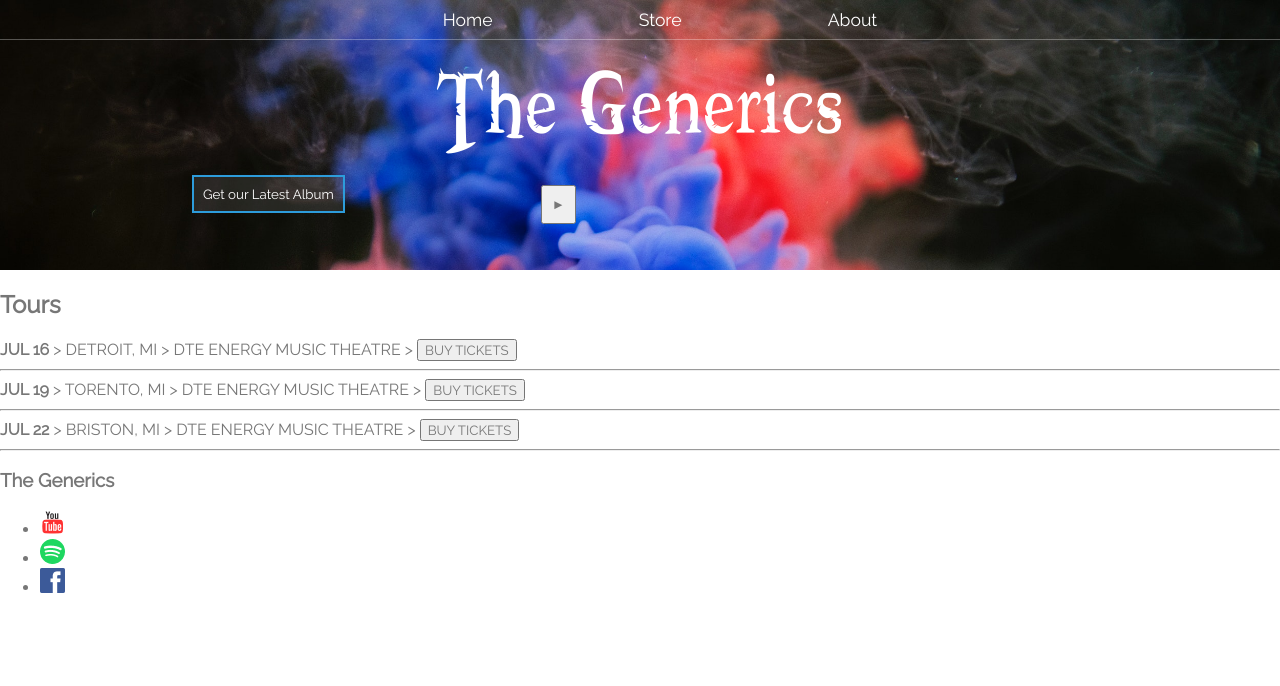
Repository: nazmulhaquep/WebDesign
Page: WebDevSimplified/index.html
These files come from the project's save history. The page is drawn as it stood at one moment and after the next save; the edit follows.
The browser window is 1280 px wide. The pictures show the whole page.
Some web fonts or font styles are not loaded; a fallback is used.

Above is the page before, as saved 2023-11-26 10:46:52.

### WebDevSimplified/index.html
<!DOCTYPE html>
<html lang="en">
<head>
    <meta charset="UTF-8">
    <meta name="viewport" content="width=device-width, initial-scale=1.0">
    <title>The Generics</title>
    <meta name="description" content="This is the description">
    <link rel="stylesheet" href="styles.css" />
</head>
<body>
    <header class="main-header">
        <nav class="nav main-nav">
            <ul>
                <li><a href="index.html">Home</a></li>
                <li><a href="store.html">Store</a></li>
                <li><a href="about.html">About</a></li>
            </ul>
        </nav>

        <h1 class="band-name band-name-larger"> The Generics </h1>
        <button class="btn btn-header">Get our Latest Album</button>

        <button class="btn">&#9658;</button>
    </header>
    <section>
        <h2>Tours</h2>
        <div>
            <div>
                <strong>JUL 16 </strong>
                 &it;&gt;
                <span> DETROIT, MI </span>
                 &it;&gt;
                <span> DTE ENERGY MUSIC THEATRE</span>
                 &it;&gt;
                <button type="button">BUY TICKETS </button>
                <hr/>
            </div>

            <div>
                <strong>JUL 19</strong>
                 &it;&gt;
                <span> TORENTO, MI </span>
                 &it;&gt;
                <span> DTE ENERGY MUSIC THEATRE</span>
                 &it;&gt;
                <button type="button">BUY TICKETS </button>
                <hr/>
            </div>

            <div>
                <strong>JUL 22</strong>
                 &it;&gt;
                <span> BRISTON, MI </span>
                 &it;&gt;
                <span> DTE ENERGY MUSIC THEATRE</span>
                 &it;&gt;
                <button type="button">BUY TICKETS </button>
                <hr/>
            </div>

        </div>
    </section>
    <footer>
        <h3>The Generics</h3>
        <ul>
            <li><img src="images/YouTube Logo.png"> </li>
            <li><img src="images/Spotify Logo.png"> </li>
            <li><img src="images/Facebook Logo.png"> </li>
        </ul>
    </footer>
</body>
</html>

### WebDevSimplified/styles.css
/* import font*/
@import url('https://fonts.googleapis.com/css2?family=Raleway:ital,wght@0,400;1,300&display=swap');
@import url('https://fonts.googleapis.com/css2?family=Metal+Mania');

/* import local font */
@font-face {
    font-family: "Booter - Zero Zero";
    src: url("Fonts/Booter - Zero Zero.woff") format(woff),
         url("fonts/Booter - Zero Zero.woff2") format(woff2);
         font-weight: normal;
         font-style:normal;
}

/* all width and padding adjust with device width */
*{
    box-sizing:border-box;
    font-family: Raleway;
    color:#777;
}

html,body{
   margin:0;
   padding:0;
}

.main-header{
    background-image: url('images/Header Background.jpg');
    background-size: cover;
    padding-bottom: 30px;
}

.nav ul{
    margin:0px;
}

.nav li{
    display:inline;
}

.nav a{
    display: inline-block; /*to apply margin and padding */
    padding: .5em;
    list-style: none;
    text-decoration: none;
    color:white;
}

.main-nav{
    text-align:center;
    font-size:1.1em;
    font-weight: lighter;
    border-bottom: 1px solid rgba(255,255,255, .3);
}

.main-nav li{
    padding:0 5%;
}

.band-name{
    text-align:center;
    margin:0;
    font-size:4em;
    font-family:"Booter - Zero Zero";
    color:#fff;
    font-weight:normal;
}

.band-name-larger{
    font-size:8em;
}
.content-section{
    margin:1em;
}
.container{
    max-width:900px;
    margin:0 auto;
    padding:0 1.5em;
}

.section-header{
    font-family: 'Metal Mania';
    font-weight: normal;
    color:#333;
    text-align: center;
    font-size:2.5em;
}

.about-band-image{
    float:left;
    height: 200px;
    width: 200px;
    margin:15px;
    border-radius: 50%;
}

.main-footer{
    background-color:#56ccf2;
    color:#fff;
    padding:.25em 0;
}

.main-footer-container{
    display: flex;
    align-items: center;
}

.main-footer-container ul{
    flex-grow:1;
    text-align:end;
}

.btn{
    text-align: center;
    vertical-align: middle;
    padding:.67em;
    cursor: pointer;
}

.btn-header{
    margin: .5em 15% 2em 15%;
    color:white;
    border:2px solid #2D9CDB;
    background-color:rgba(255,255,255, .1);
    border-radius: 0;
}



.footer-nav li{
    padding: 0 .5em;
}

.footer-nav img{
    width:30px;
    height: 30px;
}

After the next save:
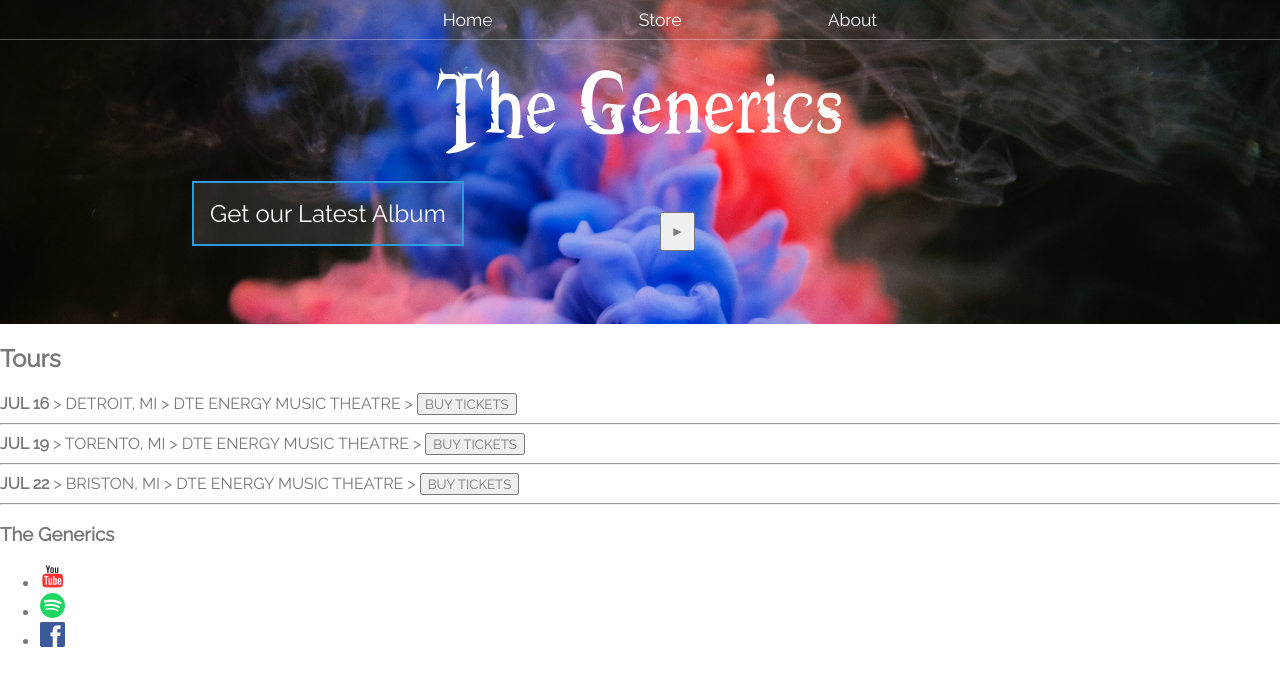
Saved 81 s later.
--- a/WebDevSimplified/styles.css
+++ b/WebDevSimplified/styles.css
@@ -122,6 +122,8 @@ html,body{
     border:2px solid #2D9CDB;
     background-color:rgba(255,255,255, .1);
     border-radius: 0;
+    font-size: 1.5em;
+
 }
 
 
